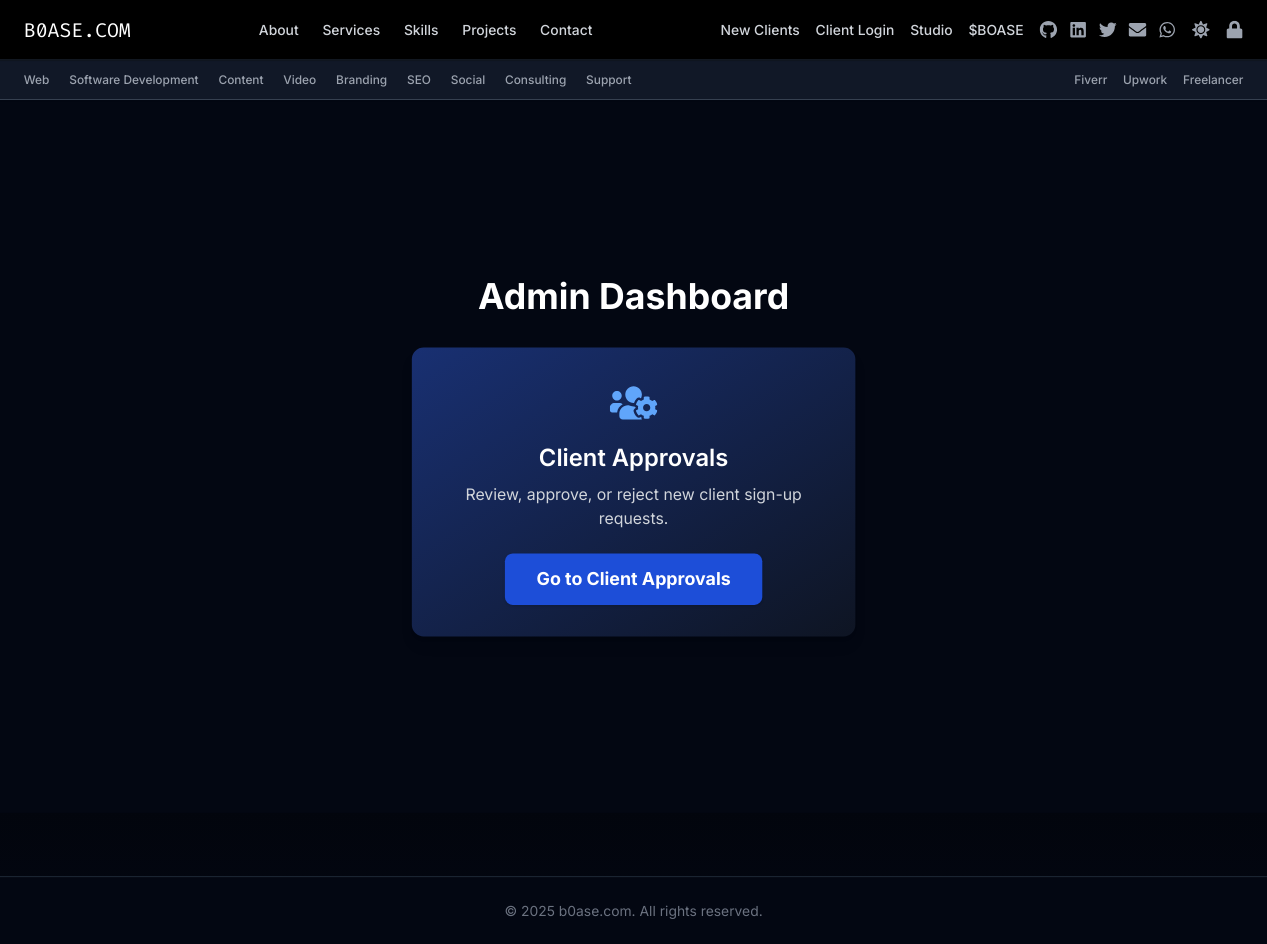
Repository: b0ase/rafskitchen
Page: /admin
An editor plug-in stored every save of this project. The page is shown before and after the next save, followed by the edit.
The browser window is 1280 px wide. The pictures show the whole page, at 99% of full size.
The page's requests for data from a server got no answer. The project was rebuilt for these pictures with package versions that can differ from the ones it lists, and the page was loaded fresh each time. The framework's server and built-in components were replaced by stand-ins that run in the browser. No one was signed in, and anything a server would have sent is missing. Also part of the build but not shown: next.config.js.

Above is the page before, as saved 2025-05-03 21:44:59.

### app/layout.tsx
import type { Metadata } from "next";
// Import both Inter and Fira_Code
import { Inter, Fira_Code } from "next/font/google";
import "./globals.css";
import Header from "./components/Header";
import Footer from "./components/Footer";
// Import new nav components
import ServicesNavigation from "./components/ServicesNavigation";
// Import ThemeProvider
import { ThemeProvider } from "./context/ThemeContext";

// Configure Inter (for default body text)
const inter = Inter({
  subsets: ["latin"],
  display: 'swap',
  variable: '--font-inter', // Variable for Inter
});

// Configure Fira_Code (for specific elements)
const fira_code = Fira_Code({
  subsets: ["latin"],
  display: 'swap',
  variable: '--font-fira-code', // Variable for Fira Code
});

export const metadata: Metadata = {
  title: "B0ASE.COM | Digital Agency",
  description: "B0ASE.COM - Digital Agency specializing in Web Development, Blockchain, Content, Video, and Social Media.",
  openGraph: {
    title: "B0ASE.COM | Digital Agency",
    description: "B0ASE.COM - Digital Agency specializing in Web Development, Blockchain, Content, Video, and Social Media.",
    images: [
      {
        url: "/BoaseLogo.jpg",
        width: 1200,
        height: 630,
        alt: "B0ASE Logo",
      },
    ],
    type: "website",
    siteName: "B0ASE.COM",
  },
  twitter: {
    card: "summary_large_image",
    title: "B0ASE.COM | Digital Agency",
    description: "B0ASE.COM - Digital Agency specializing in Web Development, Blockchain, Content, Video, and Social Media.",
    images: ["/BoaseLogo.jpg"],
  },
};

export default function RootLayout({
  children,
}: {
  children: React.ReactNode;
}) {
  return (
    <html lang="en" suppressHydrationWarning className={`${inter.variable} ${fira_code.variable}`}>
      <head>
        <script
          dangerouslySetInnerHTML={{
            __html: `
              (function() {
                function getInitialTheme() {
                  try {
                    const storedTheme = window.localStorage.getItem('theme');
                    if (storedTheme) return storedTheme;
                    return window.matchMedia('(prefers-color-scheme: dark)').matches ? 'dark' : 'light';
                  } catch (e) {
                    // If localStorage is unavailable (e.g., cookies disabled or SSR)
                    return 'light'; // Default to light theme
                  }
                }
                const theme = getInitialTheme();
                if (theme === 'dark') {
                  document.documentElement.classList.add('dark');
                }
              })();
            `,
          }}
        />
        {/* Other head elements like meta tags will be injected by Next.js here */}
      </head>
      {/* Apply default font (Inter) via font-sans class */}
      <body className={`font-sans`}>
        <ThemeProvider>
          {/* Header and Footer MUST be outside ThemeProvider or siblings to {children} to wrap content */}
          <Header />
          <ServicesNavigation />
          <div className="flex flex-col min-h-screen"> {/* Optional wrapper for main content flex */}
            <main className="flex-grow">
              {children}
            </main>
          </div>
          <Footer />
        </ThemeProvider>
      </body>
    </html>
  );
}

### app/admin/page.tsx
import Link from 'next/link';
import { FaUsersCog } from 'react-icons/fa';

export default function AdminDashboard() {
  return (
    <div className="min-h-screen flex flex-col items-center justify-center bg-gray-950 text-white py-12">
      <h1 className="text-4xl font-bold mb-8">Admin Dashboard</h1>
      <div className="w-full max-w-md bg-gradient-to-br from-blue-900/80 to-gray-900/80 rounded-xl shadow-lg p-8 flex flex-col items-center">
        <FaUsersCog size={48} className="mb-4 text-blue-400" />
        <h2 className="text-2xl font-semibold mb-2">Client Approvals</h2>
        <p className="text-gray-300 mb-6 text-center">Review, approve, or reject new client sign-up requests.</p>
        <Link href="/admin/clients">
          <button className="bg-blue-700 hover:bg-blue-600 text-white font-bold py-3 px-8 rounded-lg text-lg shadow transition-all">
            Go to Client Approvals
          </button>
        </Link>
      </div>
    </div>
  );
}

### app/globals.css
@tailwind base;
@tailwind components;
@tailwind utilities;

body {
  /* Base light theme styles */
  @apply bg-white text-gray-900;
}

/* Define dark mode styles using the 'dark' class applied by ThemeContext */
html.dark body {
   @apply bg-gradient-to-b from-gray-950 via-black to-gray-950 text-gray-300;
}

@layer utilities {
  .text-balance {
    text-wrap: balance;
  }
}

@keyframes pulse-slow {
  0%, 100% { opacity: 1; }
  50% { opacity: 0.4; }
}
.animate-pulse-slow {
  animation: pulse-slow 2.5s cubic-bezier(0.4, 0, 0.6, 1) infinite;
}

### app/components/Header.tsx
'use client';

import Link from 'next/link';
import { useState, useEffect } from 'react';
import { FaGithub, FaLinkedin, FaEnvelope, FaWhatsapp, FaTwitter, FaBars, FaTimes, FaLock } from 'react-icons/fa';
import ThemeToggle from './ThemeToggle';
import { portfolioData } from '@/lib/data';

export default function Header() {
  const [isMobileMenuOpen, setIsMobileMenuOpen] = useState(false);
  const [backendConnected, setBackendConnected] = useState(false);

  // Check backend connection on mount
  useEffect(() => {
    async function checkConnection() {
      try {
        const res = await fetch('/api/clients', { method: 'GET' });
        setBackendConnected(res.ok);
      } catch {
        setBackendConnected(false);
      }
    }
    checkConnection();
  }, []);

  const sectionLinks = [
    { name: 'About', href: '#about' },
    { name: 'Services', href: '#services' },
    { name: 'Skills', href: '#skills' },
    { name: 'Projects', href: '#projects' }, // Combined Projects/Development
    { name: 'Contact', href: '#contact' },
  ];

  const utilityLinks = [
    { name: 'New Clients', href: '/clients' },
    { name: 'Client Login', href: '/login' },
    { name: 'Studio', href: '/studio' },
    { name: '$BOASE', href: '/token' },
  ];

  const socialLinks = [
    { Icon: FaGithub, href: 'https://github.com/richardboase' },
    { Icon: FaLinkedin, href: 'https://linkedin.com/in/richardboase' },
    { Icon: FaTwitter, href: 'https://x.com/richardboase' },
    // { Icon: FaYoutube, href: 'https://youtube.com' }, // Example
    { Icon: FaEnvelope, href: 'mailto:richard@b0ase.com' },
    { Icon: FaWhatsapp, href: 'https://wa.me/yourphonenumber' }, // Replace with actual number
  ];

  const toggleMobileMenu = () => {
    setIsMobileMenuOpen(!isMobileMenuOpen);
  };

  // Close menu when a link is clicked (optional, good UX)
  const handleMobileLinkClick = () => {
    setIsMobileMenuOpen(false);
  };

  return (
    <header className="sticky top-0 z-40 w-full bg-white dark:bg-black border-b border-gray-200 dark:border-gray-800 text-black dark:text-white py-4 shadow-sm px-6">
      <div className="flex items-center justify-between">
        {/* Logo - Ensure white/light text in dark mode */}
        <Link
          href="/"
          className="text-xl text-white hover:text-gray-300 transition-colors font-mono flex items-center gap-2"
          onClick={handleMobileLinkClick}
        >
          B0ASE.COM
        </Link>

        {/* Desktop Navigation Links */}
        <nav className="hidden md:flex items-center space-x-6">
          {sectionLinks.map((link) => (
            <Link key={link.name} href={link.href} className="text-sm font-medium text-gray-300 hover:text-white transition-colors">
              {link.name}
            </Link>
          ))}
        </nav>

        {/* Right side container */}
        <div className="flex items-center space-x-4">
          {/* Desktop Utility Links */}
          <div className="hidden md:flex items-center space-x-4">
            {utilityLinks.map((link) => (
              <span key={link.name} className="flex items-center gap-1">
                <Link href={link.href} className="text-sm font-medium text-gray-300 hover:text-white transition-colors">
                  {link.name}
                </Link>
                {/* Show green dot only next to 'New Clients' if connected */}
                {link.name === 'New Clients' && backendConnected && (
                  <span
                    className="ml-1 w-2.5 h-2.5 rounded-full bg-green-500 animate-pulse-slow border border-green-700"
                    title="Backend connected"
                    aria-label="Backend connected"
                  />
                )}
              </span>
            ))}
          </div>

          {/* Social Icons and Theme Toggle Container */}
          <div className="flex items-center space-x-3">
            {socialLinks.map((link, index) => (
              <a key={index} href={link.href} target="_blank" rel="noopener noreferrer" className="text-gray-400 hover:text-white transition-colors">
                <link.Icon size={18} />
              </a>
            ))}
            <ThemeToggle />
            {/* Admin Link (padlock icon) */}
            <Link href="/admin" aria-label="Admin Dashboard" className="text-gray-400 hover:text-blue-400 transition-colors ml-2">
              <FaLock size={18} />
            </Link>
          </div>

          {/* Mobile Menu Button */}
          <div className="md:hidden">
            <button onClick={toggleMobileMenu} aria-label="Toggle menu" className="text-gray-300 hover:text-white focus:outline-none">
              {isMobileMenuOpen ? <FaTimes size={20} /> : <FaBars size={20} />}
            </button>
          </div>
        </div>
      </div>

      {/* Mobile Menu Dropdown - Apply dark class explicitly? Maybe not needed if body handles it */}
      {isMobileMenuOpen && (
        <div className="md:hidden absolute top-full left-0 w-full bg-gray-900 dark:bg-gray-900 border-t border-gray-800 dark:border-gray-800 shadow-lg py-4 px-4">
           {/* Ensure links have dark styles */}
          <nav className="flex flex-col space-y-3 mb-4">
            {sectionLinks.map((link) => (
              <Link key={`mobile-${link.name}`} href={link.href} className="block text-base font-medium text-gray-300 hover:text-white transition-colors" onClick={handleMobileLinkClick}>
                {link.name}
              </Link>
            ))}
            {/* Admin Link (padlock icon) in mobile menu */}
            <Link href="/admin" aria-label="Admin Dashboard" className="block text-base font-medium text-gray-300 hover:text-blue-400 transition-colors mt-2" onClick={handleMobileLinkClick}>
              <span className="inline-flex items-center gap-2"><FaLock size={16} /> Admin</span>
            </Link>
          </nav>
          <div className="border-t border-gray-700 dark:border-gray-700 pt-4 flex flex-col space-y-3">
             {utilityLinks.map((link) => (
              <Link key={`mobile-${link.name}`} href={link.href} className="block text-base font-medium text-gray-300 hover:text-white transition-colors" onClick={handleMobileLinkClick}>
                {link.name}
              </Link>
            ))}
          </div>

          {/* Service Links */}
          <div className="border-t border-gray-200 dark:border-gray-700 pt-4 flex flex-col space-y-3 mb-4">
             <span className="px-1 py-1 text-xs font-semibold text-gray-500 dark:text-gray-400 uppercase">Services</span>
             {portfolioData.services.map((service) => (
                <Link key={`mobile-service-${service.slug}`} href={`/services/${service.slug}`} className="block text-base font-medium text-gray-700 dark:text-gray-300 hover:text-black dark:hover:text-white transition-colors" onClick={handleMobileLinkClick}>
                  {service.title}
                </Link>
             ))}
          </div>
        </div>
      )}
    </header>
  );
}

### app/components/Footer.tsx
'use client';

import React from 'react';

export default function Footer() {
  const currentYear = new Date().getFullYear();

  return (
    <footer className="bg-gray-950 border-t border-gray-800 mt-16 py-6">
      <div className="container mx-auto px-4 text-center text-gray-500 text-sm">
        <p>&copy; {currentYear} b0ase.com. All rights reserved.</p>
        {/* Optional: Add links to privacy policy, terms, etc. */}
      </div>
    </footer>
  );
}

### app/components/ServicesNavigation.tsx
'use client';

import React from 'react';
import Link from 'next/link';
import { portfolioData } from '@/lib/data'; // Using alias path

// Mapping from service slug to short display name
const shortServiceTitles: { [key: string]: string } = {
  "web-development": "Web",
  "content-copywriting": "Content",
  "video-production": "Video",
  "logo-branding": "Branding",
  "photography": "Photo",
  "seo-marketing": "SEO",
  "social-media-management": "Social",
  "technical-consulting": "Consulting",
  "support-maintenance": "Support",
};

export default function ServicesNavigation() {
  const services = portfolioData.services;
  // Extract platform links from portfolioData
  const { fiverr, upwork, freelancer } = portfolioData.about.socials;
  const platformLinks = [
    { name: 'Fiverr', href: fiverr, target: '_blank' },
    { name: 'Upwork', href: upwork, target: '_blank' },
    { name: 'Freelancer', href: freelancer, target: '_blank' },
  ].filter(link => link.href); // Filter out any potentially missing links

  // Estimate header height (py-4 is likely around 68px-76px)
  // const headerHeight = '72px'; // This is no longer used

  return (
    // Hidden on mobile, shown on desktop
    <nav
      className="hidden md:flex sticky top-[60px] z-30 w-full bg-gray-100 dark:bg-gray-900 border-b border-gray-300 dark:border-gray-700 shadow-sm px-6 items-center h-10" // Added items-center and h-10 here
    >
      {/* Wrapper div for justify-between */}
      <div className="flex justify-between items-center w-full">
        {/* Left side: Service links */}
        <div className="flex justify-start items-center space-x-5">
          {services.map((service) => (
            <Link
              key={service.slug}
              href={`/services/${service.slug}`}
              className="text-xs font-medium text-gray-600 dark:text-gray-400 hover:text-black dark:hover:text-white transition-colors whitespace-nowrap"
            >
              {/* Use short title from map, fallback to original title */}
              {shortServiceTitles[service.slug] || service.title}
            </Link>
          ))}
        </div>

        {/* Right side: Platform links */}
        <div className="flex items-center space-x-4">
           {platformLinks.map((link) => (
             <a
                key={link.name}
                href={link.href}
                target={link.target}
                rel="noopener noreferrer"
                className="text-xs font-medium text-gray-600 dark:text-gray-400 hover:text-black dark:hover:text-white transition-colors whitespace-nowrap"
             >
               {link.name}
             </a>
           ))}
        </div>
      </div>
    </nav>
  );
}

### app/context/ThemeContext.tsx
'use client';

import React, { createContext, useState, useEffect, useContext, ReactNode, useCallback } from 'react';

type Theme = 'light' | 'dark';

interface ThemeContextProps {
  theme: Theme;
  toggleTheme: () => void;
  isMounted: boolean; // Add flag to indicate when client-side logic has run
}

const ThemeContext = createContext<ThemeContextProps | undefined>(undefined);

interface ThemeProviderProps {
  children: ReactNode;
}

export const ThemeProvider: React.FC<ThemeProviderProps> = ({ children }) => {
  const [theme, setTheme] = useState<Theme>('dark'); // Default theme
  const [isMounted, setIsMounted] = useState(false); // Track mount status

  // Function to apply theme to the document root
  const applyTheme = useCallback((selectedTheme: Theme) => {
    const root = document.documentElement;
    root.classList.remove('light', 'dark');
    root.classList.add(selectedTheme);
  }, []);

  useEffect(() => {
    setIsMounted(true); // Indicate component has mounted
    let initialTheme: Theme = 'dark'; // Default to dark

    try {
      const storedTheme = localStorage.getItem('theme') as Theme | null;
      const prefersDark = window.matchMedia && window.matchMedia('(prefers-color-scheme: dark)').matches;
      initialTheme = storedTheme || (prefersDark ? 'dark' : 'dark'); // Prefer stored, then system, then default dark
    } catch (e) {
      console.error("Could not access localStorage or window.matchMedia", e);
      // Keep default theme if localStorage/window access fails
    }

    setTheme(initialTheme);
    applyTheme(initialTheme);

  }, [applyTheme]); // Include applyTheme dependency

  const toggleTheme = () => {
    if (!isMounted) return; // Prevent toggle before mount

    setTheme(prevTheme => {
        const newTheme = prevTheme === 'light' ? 'dark' : 'light';
        try {
            localStorage.setItem('theme', newTheme);
        } catch (e) {
            console.error("Could not save theme to localStorage", e);
        }
        applyTheme(newTheme);
        return newTheme;
    });
  };

  // Return provider, pass isMounted state
  return (
    <ThemeContext.Provider value={{ theme, toggleTheme, isMounted }}>
      {children}
    </ThemeContext.Provider>
  );
};

export const useTheme = (): ThemeContextProps => {
  const context = useContext(ThemeContext);
  if (context === undefined) {
    throw new Error('useTheme must be used within a ThemeProvider');
  }
  return context;
};

### app/components/ThemeToggle.tsx
'use client';

import React from 'react';
import { useTheme } from '../context/ThemeContext';
import { FaSun, FaMoon } from 'react-icons/fa';

export default function ThemeToggle() {
  const { theme, toggleTheme, isMounted } = useTheme();

  // Avoid rendering toggle based on initial state before mount
  if (!isMounted) {
    // Render a placeholder or null during server render/hydration
    // to avoid mismatch between server and client initial theme
    return <div className="w-6 h-6"></div>; // Placeholder with same size as button
  }

  return (
    <button
      onClick={toggleTheme}
      className="p-1 rounded-md text-gray-400 hover:text-white hover:bg-gray-700 transition-colors duration-200 focus:outline-none focus:ring-2 focus:ring-offset-2 focus:ring-offset-gray-900 focus:ring-white"
      aria-label={theme === 'light' ? 'Switch to dark mode' : 'Switch to light mode'}
    >
      {theme === 'light' ? <FaMoon size={18} /> : <FaSun size={18} />}
    </button>
  );
}

Loaded but not shown: tailwind.config.js (25 lines, source omitted); lib/data.ts (350 lines, source omitted)

After the next save:
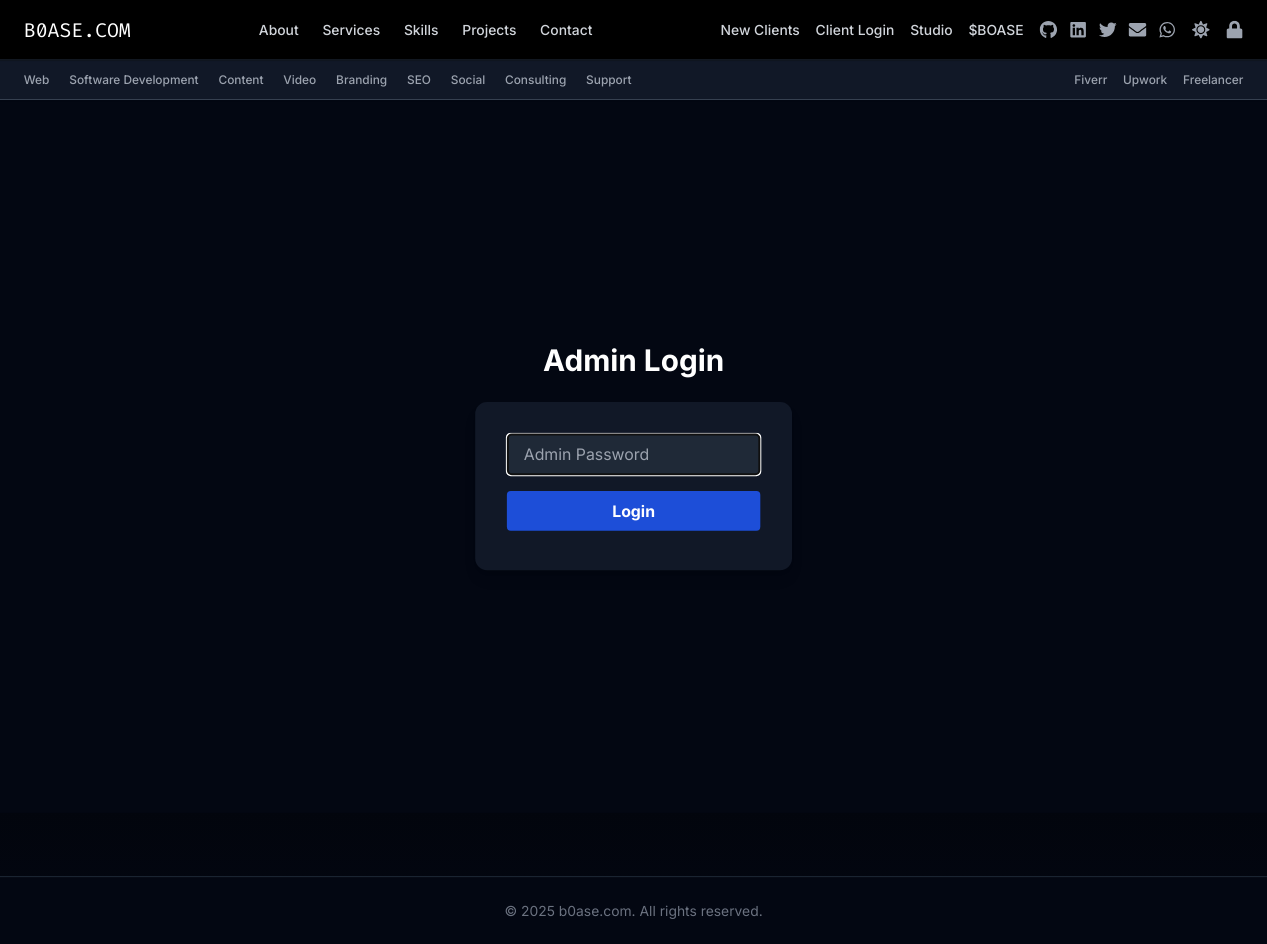
Saved 10 min 33 s later.
--- a/app/admin/page.tsx
+++ b/app/admin/page.tsx
@@ -1,7 +1,53 @@
 import Link from 'next/link';
 import { FaUsersCog } from 'react-icons/fa';
+import { useState, useEffect } from 'react';
+
+const ADMIN_PASSWORD = process.env.NEXT_PUBLIC_ADMIN_PROJECT_PASSWORD || process.env.ADMIN_PROJECT_PASSWORD;
 
 export default function AdminDashboard() {
+  const [authed, setAuthed] = useState(false);
+  const [input, setInput] = useState('');
+  const [error, setError] = useState('');
+
+  useEffect(() => {
+    if (typeof window !== 'undefined') {
+      const ok = localStorage.getItem('admin_authed');
+      if (ok === 'true') setAuthed(true);
+    }
+  }, []);
+
+  function handleSubmit(e: React.FormEvent) {
+    e.preventDefault();
+    // For security, check password on the server in production. Here, check env var in browser for demo/dev.
+    if (input === ADMIN_PASSWORD) {
+      setAuthed(true);
+      if (typeof window !== 'undefined') localStorage.setItem('admin_authed', 'true');
+      setError('');
+    } else {
+      setError('Incorrect password');
+    }
+  }
+
+  if (!authed) {
+    return (
+      <div className="min-h-screen flex flex-col items-center justify-center bg-gray-950 text-white py-12">
+        <h1 className="text-3xl font-bold mb-6">Admin Login</h1>
+        <form onSubmit={handleSubmit} className="bg-gray-900 p-8 rounded-xl shadow-lg flex flex-col items-center w-full max-w-xs">
+          <input
+            type="password"
+            className="w-full px-4 py-2 mb-4 rounded bg-gray-800 border border-gray-700 text-white"
+            placeholder="Admin Password"
+            value={input}
+            onChange={e => setInput(e.target.value)}
+            autoFocus
+          />
+          <button type="submit" className="w-full bg-blue-700 hover:bg-blue-600 text-white font-bold py-2 px-4 rounded mb-2">Login</button>
+          {error && <div className="text-red-400 text-sm mt-2">{error}</div>}
+        </form>
+      </div>
+    );
+  }
+
   return (
     <div className="min-h-screen flex flex-col items-center justify-center bg-gray-950 text-white py-12">
       <h1 className="text-4xl font-bold mb-8">Admin Dashboard</h1>
